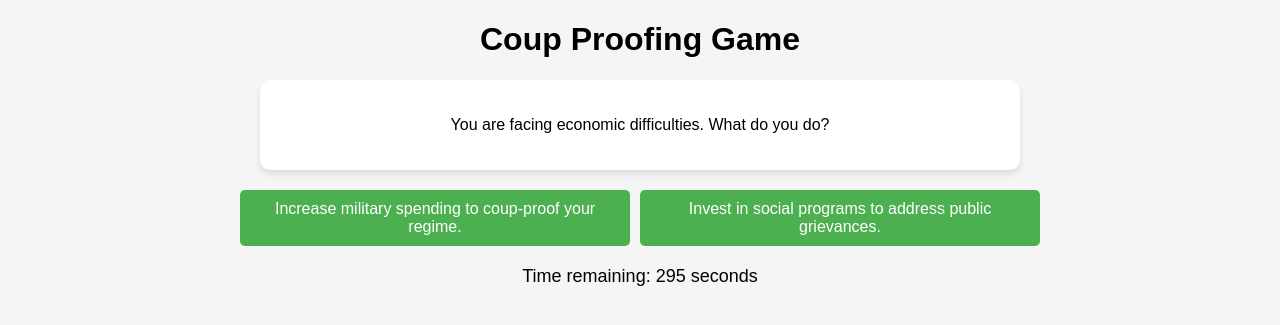
Repository: tyfeeney/Coup-Proofing-Alpha
Page: index.html
An editor plug-in stored every save of this project. The page is shown before and after the next save, followed by the edit.
The browser window is 1280 px wide. The pictures show the whole page.

Above is the page before, as saved 2023-04-25 21:16:22.

### index.html
<!DOCTYPE html>
<html lang="en">
<head>
  <meta charset="UTF-8">
  <meta name="viewport" content="width=device-width, initial-scale=1.0">
  <link rel="stylesheet" href="styles.css">
  <title>Tinder-Style Coup Proofing Game</title>
</head>
<body>
  <div class="container">
    <h1>Coup Proofing Game</h1>
    <div class="card">
      <p class="statement"></p>
    </div>
    <div class="buttons">
      <button id="left-btn">Swipe Left (False)</button>
      <button id="right-btn">Swipe Right (True)</button>
    </div>
    <div class="timer">
      Time remaining: <span id="time">300</span> seconds
    </div>
    <div class="score" hidden>
      Your score: <span id="score">0</span>
    </div>
  </div>
  <script src="scripts.js"></script>
</body>
</html>

### styles.css
body {
    font-family: Arial, sans-serif;
    background-color: #f5f5f5;
  }

  .container {
    max-width: 800px;
    margin: 0 auto;
    text-align: center;
  }

  .card {
    background-color: white;
    padding: 20px;
    margin: 20px;
    border-radius: 10px;
    box-shadow: 0 4px 6px rgba(0, 0, 0, 0.1);
  }

  .buttons {
    display: flex;
    justify-content: center;
    gap: 10px;
  }

  button {
    background-color: #4CAF50;
    color: white;
    border: none;
    border-radius: 5px;
    padding: 10px 20px;
    font-size: 16px;
    cursor: pointer;
  }

  button:hover {
    background-color: #45a049;
  }

  .timer, .score {
    font-size: 18px;
    margin-top: 20px;
  }

### scripts.js
const scenarios = [
  {
    question: 'You are facing economic difficulties. What do you do?',
    option1: 'Increase military spending to coup-proof your regime.',
    option2: 'Invest in social programs to address public grievances.',
    effect1: { stability: -1, coupRisk: -1 },
    effect2: { stability: 1, coupRisk: 1 }
  },
  // Add more scenarios as needed
];

const scenarioElem = document.querySelector('.statement');
const option1Btn = document.getElementById('left-btn');
const option2Btn = document.getElementById('right-btn');
const timerElem = document.getElementById('time');
const endingElem = document.getElementById('ending');

let currentIndex = 0;
let timeLeft = 300;
let stability = 0;
let coupRisk = 0;

function setScenario(index) {
  if (index >= scenarios.length) {
    showEnding();
    return;
  }
  scenarioElem.textContent = scenarios[index].question;
  option1Btn.textContent = scenarios[index].option1;
  option2Btn.textContent = scenarios[index].option2;
}

function chooseOption(option) {
  const scenario = scenarios[currentIndex];
  const effect = scenario[`effect${option}`];
  stability += effect.stability;
  coupRisk += effect.coupRisk;
  currentIndex++;
  setScenario(currentIndex);
}

function showEnding() {
  scenarioElem.remove();
  option1Btn.remove();
  option2Btn.remove();

  if (stability > 0 && coupRisk <= 0) {
    endingElem.textContent = 'Your country remains stable and avoids a coup.';
  } else if (stability <= 0 && coupRisk <= 0) {
    endingElem.textContent = 'Your country faces economic and political challenges but avoids a coup.';
  } else if (stability > 0 && coupRisk > 0) {
    endingElem.textContent = 'Your country experiences a coup despite relative stability.';
  } else {
    endingElem.textContent = 'Your country collapses due to instability and a coup.';
  }

  endingElem.hidden = false;
}

// Timer countdown
function startTimer() {
  const interval = setInterval(() => {
    timeLeft--;
    timerElem.textContent = timeLeft;
    if (timeLeft <= 0) {
      clearInterval(interval);
      showEnding();
    }
  }, 1000);
}

// Initialize game
function init() {
  setScenario(currentIndex);
  startTimer();

  option1Btn.addEventListener('click', () => {
    chooseOption(1);
  });

  option2Btn.addEventListener('click', () => {
    chooseOption(2);
  });
}

init();

After the next save:
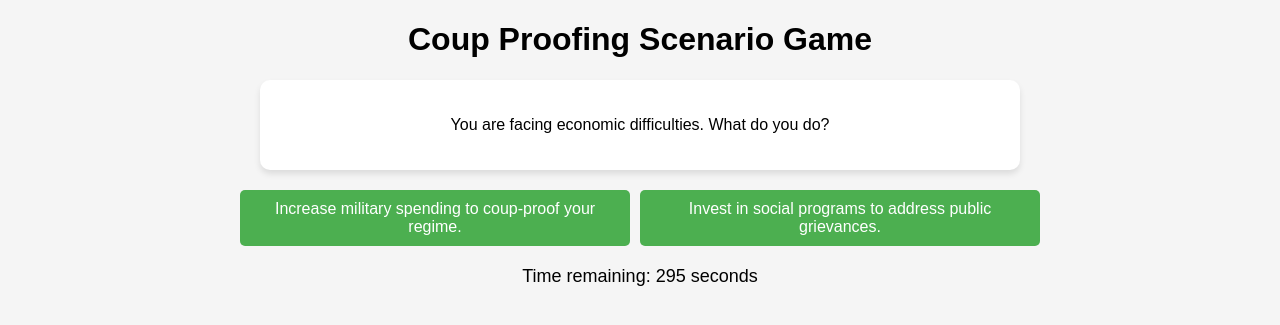
Saved 39 s later.
--- a/index.html
+++ b/index.html
@@ -4,23 +4,23 @@
   <meta charset="UTF-8">
   <meta name="viewport" content="width=device-width, initial-scale=1.0">
   <link rel="stylesheet" href="styles.css">
-  <title>Tinder-Style Coup Proofing Game</title>
+  <title>Coup Proofing Scenario Game</title>
 </head>
 <body>
   <div class="container">
-    <h1>Coup Proofing Game</h1>
+    <h1>Coup Proofing Scenario Game</h1>
     <div class="card">
       <p class="statement"></p>
     </div>
     <div class="buttons">
-      <button id="left-btn">Swipe Left (False)</button>
-      <button id="right-btn">Swipe Right (True)</button>
+      <button id="left-btn">Option 1</button>
+      <button id="right-btn">Option 2</button>
     </div>
     <div class="timer">
       Time remaining: <span id="time">300</span> seconds
     </div>
-    <div class="score" hidden>
-      Your score: <span id="score">0</span>
+    <div class="ending" hidden>
+      <p id="ending"></p>
     </div>
   </div>
   <script src="scripts.js"></script>
